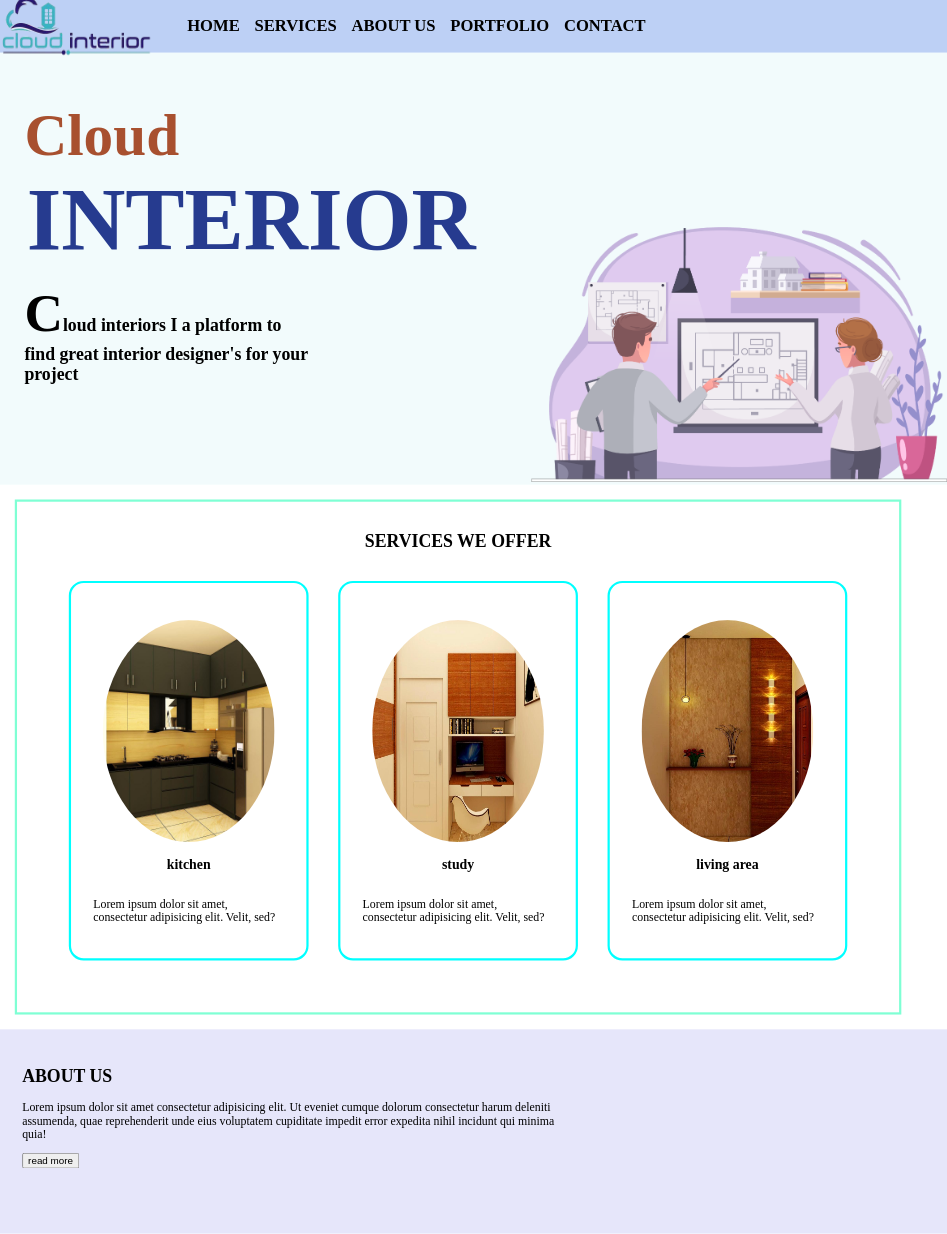
Repository: Ganavid/ganavidgowda.github.io
Page: cloud interior/‌index.html
The author's editor kept a copy of each file at every save. The page is drawn from the files as they stood at one save, then again after the next save.
The browser window is 1280 px wide. The pictures show the whole page, at 74% of full size.

Above is the page before, as saved 2023-03-04 01:34:39.

### cloud interior/‌index.html
<!DOCTYPE html>
<html lang="en">

<head>
    <meta charset="UTF-8">
    <meta http-equiv="X-UA-Compatible" content="IE=edge">
    <meta name="viewport" content="width=device-width, initial-scale=1.0">
    <link rel="stylesheet" href="interial.css">
    <title>cloud</title>
</head>

<body>
    <nav id="navbar">
        <div id="logocnt">
            <img id="logo" src="Layer 2.png" alt="the company" width="100px" height="50px">

        </div>
        <ul id="contents">
            <li class="item">
                <a href="interial.html">HOME</a>
            </li>
            <li class="item">
                <a href="#SERVICES">SERVICES</a>
            </li>
            <li class="item">
                <a href="about.html">ABOUT US</a>
            </li>
            <li class="item">
                <a href="gallery.html">PORTFOLIO</a>
            </li>
            <li class="item">
                <a href="register.html">CONTACT</a>
            </li>
        </ul>
    </nav>
    <div id="content2">
        <div id="subcontent">
            <h1>Cloud <br><span>Interior</span> </h1>
            <p><span>C</span>loud interiors I a platform
                to find great interior designer's
                for your project
            </p>
        </div>

        <div id="subcntimg">
            <img src="Group 1.png" alt=" studio" id="starter">
        </div>
    </div>

    <div id="ser">
        <h2 style="text-align: center;">SERVICES WE OFFER</h2>
        <div id="services">

            <div id="items">
                <img id="img1" src="ki1.jpeg" width="200px" height="300px" alt="kitchen">
                <h3>kitchen</h3>
                <p>Lorem ipsum dolor sit
                    amet, consectetur adipisicing
                    elit. Velit, sed?
                </p>
            </div>
            <div id="items">
                <img id="img1" src="stu1.jpeg" width="200px" height="300px" alt="">
                <h3>study</h3>
                <p>Lorem ipsum dolor sit
                    amet, consectetur adipisicing
                    elit. Velit, sed?
                </p>
            </div>
            <div id="items">
                <img id="img1" src="h2.jpeg" width="200px" height="300px" alt="bathroom">
                <h3>living area</h3>
                <p>Lorem ipsum dolor sit
                    amet, consectetur adipisicing
                    elit. Velit, sed?
                </p>
            </div>
        </div>

    </div>
    <div id="about">
        <h2>ABOUT US</h2>
        <p id="abtcon">Lorem ipsum dolor sit amet consectetur adipisicing elit. Ut eveniet cumque dolorum consectetur
            harum deleniti assumenda, quae reprehenderit unde eius voluptatem cupiditate impedit error expedita nihil
            incidunt qui minima quia!</p>
        <button id="button">read more</button>
    </div>

</body>

</html>

### cloud interior/interial.css
body{
    margin: 0px;
    padding: 0px;
    border: 0px;
}


nav{
    display: flex;
    justify-content: left;
    background-color: #BDD0F5;
    padding: 3px;
    align-items: center;
    height: 9vh;
    position: fixed;
    width: 100vw;
    min-width: max-content;
}

#logocnt{
    display: flex;
    flex-direction: row;
    margin:8px 0px 8px 0px;
}

#logo{
    height: 80px;
    width: 200px;
    margin:8px 0px 8px 0px;
}

#contents{
    display: flex;
    flex-direction: row;
    list-style: none;

}
#contents li{
    display: flex;
    flex-direction: row;
    list-style: none;
    margin: 0px 10px 0px 10px;

}


#contents li a{
    text-decoration: none;
    margin: 0xp 10px 0px 10px;
    color:white;
    font-family: ebrima;
    font-weight: bold;
    font-size: 140%;
    color: black;
}

#content2 {
    display: flex;
    flex-direction:row;
    margin: 0px;
    padding: 0px;
    justify-content:space-between;
    height: 91vh;
    background-color: #3abccb11;
}


#subcontent{
    display: flex;
    flex-direction: column;
    width: 50%;
    align-items: normal;
    justify-content: center;
    margin: 3px;
    padding: 5px;
}

#subcontent h1 {
    color: #A8502F;
    font-size: 500%;
    font-family: Arial Rounded MT;
    font-weight: bold;
    margin: 3px;
    padding: 5px;
    margin-left: 20px;
}

#subcontent h1 span{
    color: #263B8F;
    font-size: 150%;
    margin: 3px;
    text-transform: uppercase;
}

#subcontent p{
    max-width: 60%;
    font-size: 150%;
    font-family: Ebrima;
    font-weight: bold;
    margin: 3px;
    padding: 5px;
    margin-left: 20px;
}

#subcontent p span{
    font-size: 300%;
}



#subcntimg{
    display: flex;
    flex-direction: row;
    align-self: flex-end;
    justify-content: flex-end;
    width: 50%;
    height: 100%;
}

#starter{
    align-self: flex-end;
    width: 90%;
    margin-bottom: 4px;

}

img{
    margin-top: 20px;
    width: 400px;
    align-items: center;
}
#ser{
    border: solid aquamarine;
    margin: 20px;
    padding: 20px;
    width: 90%;
    justify-content: space-around;

}
#services{
    display: flex;
    flex-direction: row;
    overflow:hidden;
    padding: 30px;
    padding-top: 0;

}
#items{display: flex;
    flex-direction: column;
    overflow:hidden;
    padding: 30px;
    border: solid aqua;
    align-content: space-around;
    margin: 20px;
    align-items: center;
    border-radius: 20px;


}
#about{
background-color: lavender;
justify-content: center;
height: 30vh;
padding: 30px;
}
#img1{
    border-radius: 50%;
    width:90%;

}
#abtcon{
    width: 60%;
}

After the next save:
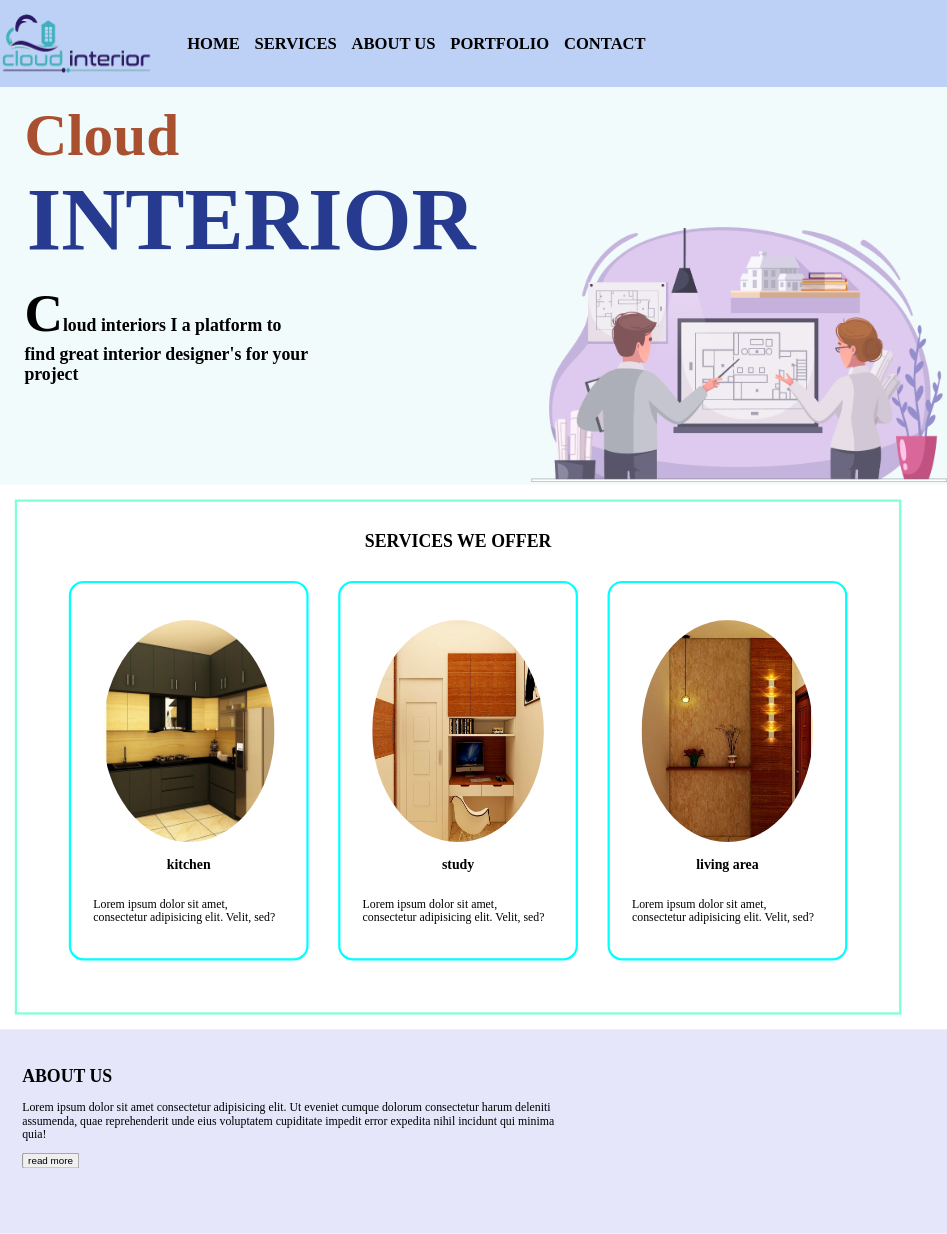
Saved 61 s later.
--- a/cloud interior/interial.css
+++ b/cloud interior/interial.css
@@ -14,7 +14,7 @@ nav{
     height: 9vh;
     position: fixed;
     width: 100vw;
-    min-width: max-content;
+    min-height: max-content;
 }
 
 #logocnt{
